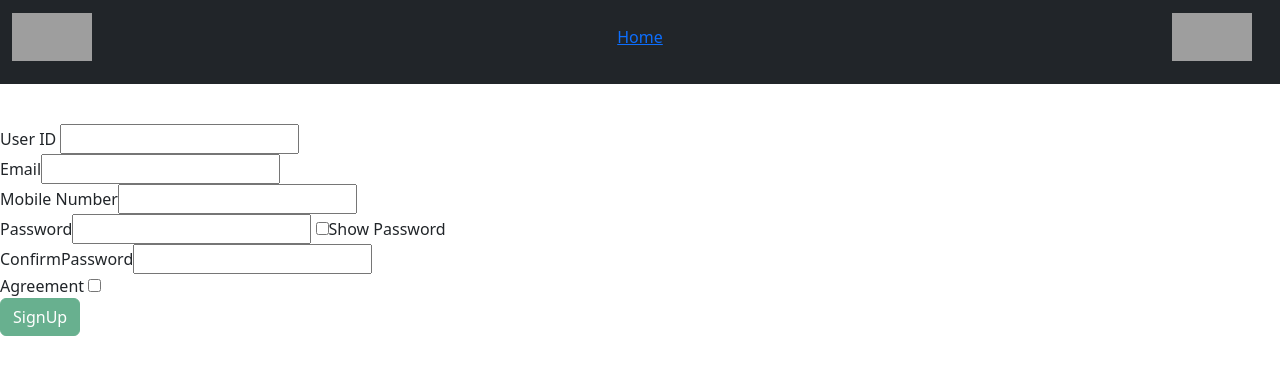
Repository: Rudreshwarhiremath/Projects-cm
Page: http://localhost/xworkz-rudra-cm/signUp.jsp
The author's editor kept a copy of each file at every save. The page is drawn from the files as they stood at one save, then again after the next save.
The browser window is 1280 px wide. The pictures show the whole page.
Pictures or frames that could not be fetched are drawn as grey boxes. The page is served by Tomcat 9.

Above is the page before, as saved 2023-03-28 18:39:51.

After the next save:
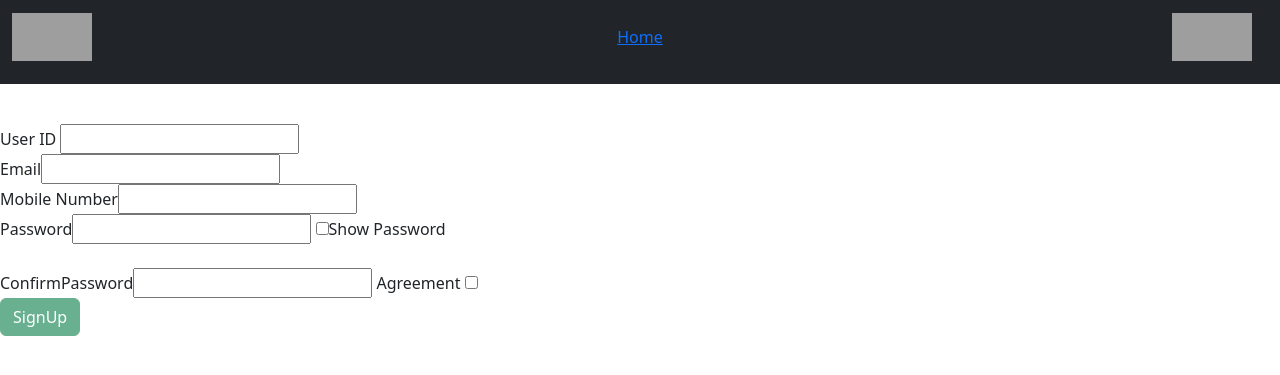
Saved 84 s later.
--- a/xworkz-rudra-cm/src/main/webapp/signUp.jsp
+++ b/xworkz-rudra-cm/src/main/webapp/signUp.jsp
@@ -44,9 +44,10 @@
 			onchange="ValidePassword()"> <span id="passwordError"
 			style="color: red"></span> <input type="checkbox"
 			onclick="myFunction()">Show Password <br>
+			<span
+			id="passwordCompare" style="color: red"></span> <br>
 		ConfirmPassword<input type="password" name="confirmPassword"
-			id="userConfirmPassword" onchange="ValidePassword()"> <span
-			id="passwordCompare" style="color: red"></span> <br>
+			id="userConfirmPassword" onchange="ValidePassword()">
 		Agreement <input type="checkbox" name="agreement" id="agreementConfirm"
 			onclick="onconfirm()"> <br>
 		    <button type="submit" class="btn btn-success" id="submitId"

After the 2 saves that followed:
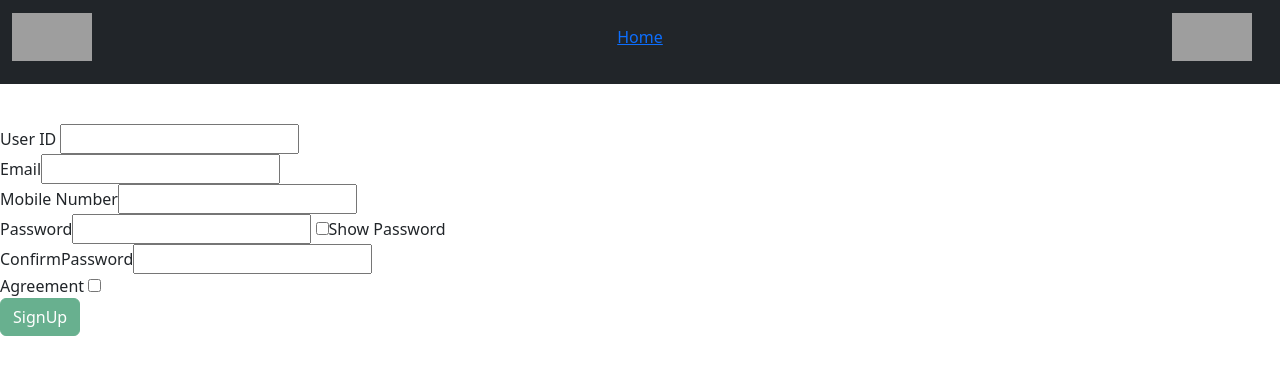
The 2 saves are shown as one change because 1 left the picture as it was.
The last was saved 2 min 47 s later.
--- a/xworkz-rudra-cm/src/main/webapp/signUp.jsp
+++ b/xworkz-rudra-cm/src/main/webapp/signUp.jsp
@@ -44,10 +44,10 @@
 			onchange="ValidePassword()"> <span id="passwordError"
 			style="color: red"></span> <input type="checkbox"
 			onclick="myFunction()">Show Password <br>
-			<span
-			id="passwordCompare" style="color: red"></span> <br>
+
 		ConfirmPassword<input type="password" name="confirmPassword"
 			id="userConfirmPassword" onchange="ValidePassword()">
+			<span	id="passwordCompare" style="color: red"></span> <br>
 		Agreement <input type="checkbox" name="agreement" id="agreementConfirm"
 			onclick="onconfirm()"> <br>
 		    <button type="submit" class="btn btn-success" id="submitId"
@@ -127,6 +127,8 @@
 					&& userPasswordvalue.length < 12) {
 				if(userPasswordvalue==userConfirmPasswordvalue){
 					console.log('valide both password are same');
+					document.getElementById('passwordCompare').innerHTML = '';
+
 				}else{
 					console.log('valide both password are not same');
 					document.getElementById('passwordCompare').innerHTML = 'Password and ConfirmPassword must be same';
